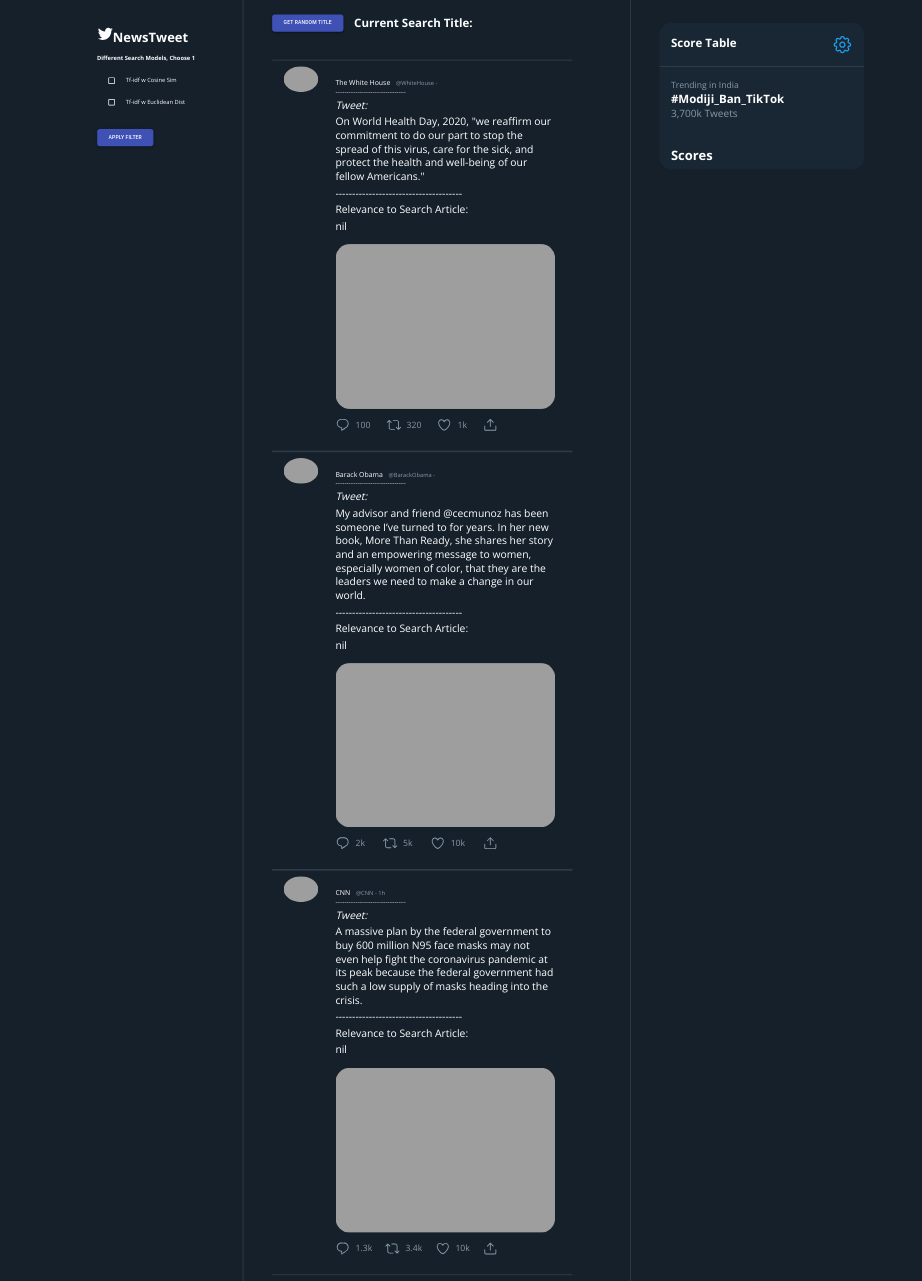
Repository: Dustyik/IR-tweets---disaster-
Page: / (app in Frontend/)
These files come from the project's save history. The page is drawn as it stood at one moment and after the next save; the edit follows.
The browser window is 1280 px wide. The pictures show the whole page, at 72% of full size.
Pictures or frames that could not be fetched are drawn as grey boxes. The page's requests for data from a server got no answer. The project was rebuilt for these pictures with package versions that can differ from the ones it lists, and the page was loaded fresh each time. No one was signed in, and anything a server would have sent is missing. Also part of the build but not shown: Frontend/src/components/trending/FollowSuggestionCard.js, Frontend/src/styles/FollowList.css, Frontend/src/components/trending/FollowSuggestionsList.js, Frontend/src/components/StatusCard.js, Frontend/src/pages/Status.js, Frontend/src/components/profile/ProfileHead.js, Frontend/src/components/profile/ProfileDetails.js, Frontend/src/styles/Profile.css and 1 more.

Above is the page before, as saved 2021-08-04 19:52:58.

### Frontend/public/index.html
<!DOCTYPE html>
<html lang="en">

<head>
  <meta charset="utf-8" />
  <link rel="icon" href="%PUBLIC_URL%/favicon.ico" />
  <meta name="viewport" content="width=device-width, initial-scale=1" />
  <meta name="theme-color" content="#000000" />
  <meta name="description" content="Web site created using create-react-app" />
  <link rel="apple-touch-icon" href="%PUBLIC_URL%/logo192.png" />
  <link href="https://fonts.googleapis.com/css2?family=Open+Sans:wght@400;700&display=swap" rel="stylesheet">
  <!--
      manifest.json provides metadata used when your web app is installed on a
      user's mobile device or desktop. See https://developers.google.com/web/fundamentals/web-app-manifest/
    -->
  <link rel="manifest" href="%PUBLIC_URL%/manifest.json" />
  <!--
      Notice the use of %PUBLIC_URL% in the tags above.
      It will be replaced with the URL of the `public` folder during the build.
      Only files inside the `public` folder can be referenced from the HTML.

      Unlike "/favicon.ico" or "favicon.ico", "%PUBLIC_URL%/favicon.ico" will
      work correctly both with client-side routing and a non-root public URL.
      Learn how to configure a non-root public URL by running `npm run build`.
    -->
  <title>React App</title>
</head>

<body>
  <noscript>You need to enable JavaScript to run this app.</noscript>
  <div id="root"></div>
  <!--
      This HTML file is a template.
      If you open it directly in the browser, you will see an empty page.

      You can add webfonts, meta tags, or analytics to this file.
      The build step will place the bundled scripts into the <body> tag.

      To begin the development, run `npm start` or `yarn start`.
      To create a production bundle, use `npm run build` or `yarn build`.
    -->
</body>

</html>

### Frontend/src/App.js
import React from 'react';
import { BrowserRouter as Router, Route } from 'react-router-dom';
import './App.css';
import { Sidebar } from './components/Sidebar';
import { Home } from './pages/Home';
import { Trending } from './components/trending/Trending';
import { GlobalProvider } from './context/GlobalState';
import { Status } from './pages/Status';
import ScrollToTop from './utils/ScrollToTop';
import { Profile } from './pages/Profile';

function App() {
  return (
    <GlobalProvider >
      <Router >

        <ScrollToTop>
          <div className="App">
            <div className="side-nav">
              <Sidebar />
            </div>
            <div className="main trending">

              <Route exact path="/" component={Home} />
              { /*
              <Route exact path="/:id" component={Profile} />
              <Route exact path="/status/:id" component={Status} />
              */}


            </div>

            <div className="trending">
              <Trending />
            </div>
          </div>
        </ScrollToTop>

      </Router>
    </GlobalProvider>
  );
}

export default App;

### Frontend/src/App.css
:root {
    --body-bg        : rgb(21, 32, 43);
    --sky-blue       : rgba(29, 161, 242, 1.00);
    --light          : rgba(255, 255, 2555);
    --grey           : rgb(136, 153, 166);
    --border         : rgb(56, 68, 77);
    --thick-border   : rgb(37, 51, 65);
    --thick-border   : rgb(37, 51, 65);
    --card-background: rgb(25, 39, 52);
}

body {
    background-color: var(--body-bg);
    font-family     : 'Open Sans', sans-serif;
    padding         : 0;
    margin          : 0;
    color           : var(--light);
}

html {
    font-size: 8px;
}

::-webkit-input-placeholder {
    /* Chrome/Opera/Safari */
    font-size  : 2.5rem;
    color      : #9197a3;
    font-weight: 400;
}

::-moz-placeholder {
    /* Firefox 19+ */
    font-size  : 2.5rem;
    color      : #9197a3;
    font-weight: 400;
}

:-ms-input-placeholder {
    /* IE 10+ */
    font-size  : 2.5rem;
    color      : #9197a3;
    font-weight: 400;
}

:-moz-placeholder {
    /* Firefox 18- */
    font-size  : 2.5rem;
    color      : #9197a3;
    font-weight: 400;
}

.App {
    display              : grid;
    grid-template-columns: 2.5fr 4fr 3fr;
}

.side-nav {
    padding-left: 40%;
    padding-top : 3rem;
}

.side-nav svg {
    fill : var(--light);
    width: 2.75rem;
}

.side-nav svg:hover {
    fill: var(--sky-blue);
}

.side-nav-item {
    padding: 2rem 0;

}

.side-nav .side-nav-item .side-nav-text {
    font-size     : 2.25rem;
    font-weight   : 700;
    color         : var(--light);
    padding-left  : 3rem;
    vertical-align: bottom;
}

.avatar {
    display: inline;
}

.avatar img {
    border-radius: 50%;
}


/* helper classes */
.p-0 {
    padding: 0
}


.pl-0 {
    padding-left: 0
}

.p-1 {
    padding: 1rem;
}

.p-2 {
    padding: 2rem
}

.pr-0 {
    padding-right: 0
}

.pb-1 {
    padding-bottom: 1rem;
}

.m-0 {
    margin: 0
}

.mb-0 {
    margin-bottom: 0;
}

.text-center {
    text-align: center;
}

.w-100 {
    width: 100%;
}

.pl-1 {
    padding-left: 1rem;
}

.pr-1 {
    padding-right: 1rem;
}

ul {
    list-style: none;
}

.flex-align-center {
    display    : flex;
    align-items: center;
}

.flex-space-between {
    display        : flex;
    justify-content: space-between;
}

.inline-block {
    display: inline-block;

}


.btn {
    color      : var(--light);
    font-weight: 700;
    cursor     : pointer;
    border     : none;
    background : transparent;
}

.tweet-btn {
    border-radius   : 4rem;
    font-size       : 2rem;
    padding         : 1.5rem;
    background-color: var(--sky-blue);
    width           : 80%;
}

.follow-btn {
    border-radius: 3rem;
    font-size    : 2rem;
    padding      : 0.5rem;
    font-weight  : 700;
    color        : var(--sky-blue);
    border       : 1px solid var(--sky-blue);
}

.pointer {
    cursor: pointer;
}

.bold-dull-para {
    font-size: 1.75rem;
    color    : var(--grey);
}

a {
    text-decoration: none;
    color          : inherit;
}

h1 {
    font-size  : 2.25rem;
    font-weight: 700;
    color      : var(--light);
}

h2 {
    font-size  : 2rem;
    font-weight: 700;
    color      : var(--light);
}

input:focus {
    outline: none;
}

### Frontend/src/pages/Home.js
import React, { useState, useEffect, useContext } from 'react';
import '../styles/Main.css';
import { TweetList } from '../components/TweetList';
import { SearchIcon } from '../images/svg/svgs'
import * as API from "../apifunctions"
import { Button } from '@material-ui/core';
import { GlobalContext } from '../context/GlobalState'


export const Home = () => {
    const [titlesState, setTitlesState] = useState([])
    const { title, setTitle } = useContext(GlobalContext);


    useEffect(() => {
        API.getTitles().then(
            res => {
                const data = JSON.parse(res.data);
                const titlesData = data.title
                const idData = data.id
                var values = []
                for (let i = 0; i < Object.keys(titlesData).length; i++){
                    values.push({
                        title: titlesData[i],
                        id: idData[i]
                    })
                }
                setTitlesState(values)
            }
        ).catch(
            err => console.log("Error fetching titles", err)
        )
    }, [])

    const randomButtonClick = () => {
        const randomElement = titlesState[Math.floor(Math.random() * titlesState.length)];
        setTitle(randomElement)
    }

    return (
        <>
            <div style = {{display:"flex", flexDirection:"row", alignItems:"center"}}>
            {/*
            <div className="search-box flex-align-center">
                    <SearchIcon />
                    <input placeholder="Search Our Corpus Using Headlines" className="search-input w-100" type="text" />
            </div>
            */}
            <Button
                onClick = {randomButtonClick}
                variant="contained"
                style = {{height:"50%", marginRight:"15px"}}
                color="primary">
                Get Random Title
            </Button>

            <h2 style = {{display:"flex", alignItems:"center", textAlign:"center"}}>
                Current Search Title:
            </h2>

            </div>


            <h2 style = {{display:"flex", justifyContent:"center"}}>
               {title.title}
            </h2>
                {/*
            <NewTweet />
                */}
            <div className="tweets">
                <TweetList />
            </div>
        </>
    )
}

### Frontend/src/components/trending/Trending.js
import React from 'react';
import '../../styles/Trending.css';
import { SearchIcon } from '../../images/svg/svgs'
import { TrendsList } from './TrendsList';
import { FollowSuggestionsList } from './FollowSuggestionsList';


export const Trending = () => {
    return (
        <>
            <div>

                <div className="trends-list m-0">

                    <TrendsList />

                    <h1>
                    Scores
                    </h1>
                </div>
                {/*
                <div className="follow-list">
                    <FollowSuggestionsList />
                </div>
                */}
            </div>
        </>
    )
}

### Frontend/src/utils/ScrollToTop.js
import React, { useEffect, Fragment } from 'react';
import { withRouter } from 'react-router-dom';

function ScrollToTop({ history, children }) {
    useEffect(() => {
        const unlisten = history.listen(() => {
            window.scrollTo(0, 0);
        });
        return () => {
            unlisten();
        }
    }, []);

    return <Fragment>{children}</Fragment>;
}

export default withRouter(ScrollToTop);

### Frontend/src/images/avatars.js
import React from 'react'

export const SmallAvatar = ({ width, image }) => {
    return (
        <div className="avatar">
            <img width={width} src={image} alt="avatar" />
        </div>
    )
}

### Frontend/src/apifunctions.js
import axios from 'axios';

export const getTitles = () => {
    console.log("get Titles called")
    return axios.get("http://localhost:5000/getTitles")
}

export const applySearchFilters = (data, title, id) => {
    return axios.post("http://localhost:5000/applySearchModels", {
            data: data,
            queryTitle: title,
            articleId: id

        }
    )
}

### Frontend/src/styles/Main.css
/* main styles */
.main {
    border-left : 1px solid var(--border);
    border-right: 1px solid var(--border);
    ;
}

.home {
    padding-left : 2.5rem;
    border-bottom: 1px solid var(--border);
}

.new-tweet {
    padding              : 1rem;
    display              : grid;
    grid-template-columns: 1fr 9fr;
    border-bottom        : 1rem solid var(--thick-border);
}

.new-tweet .left,
.right {
    padding: 0 1rem;
}

.new-tweet input {
    padding    : 2rem 0;
    background : transparent;
    border     : none;
    color      : var(--light);
    font-size  : 2rem;
    font-weight: 700;
}

.new-tweet-options {
    padding-right  : 1rem;
    display        : flex;
    justify-content: space-between;
    align-items    : center;
}

.new-tweet .add-icons {
    margin-right: 1rem;
}

.new-tweet .add-icons svg {
    width  : 3rem;
    fill   : var(--sky-blue);
    padding: 1rem;
}

.new-tweet .add-icons svg:first-child {
    padding-left: 0;
}

### Frontend/src/components/TweetList.js
import React, { useContext } from 'react'
import TweetCard from './TweetCard'
import { GlobalContext } from '../context/GlobalState'

export const TweetList = () => {
    const { tweets } = useContext(GlobalContext);

    return (
        <>
            {tweets.map((tweet, index) => (<TweetCard key={index} tweet={tweet} />))}
        </>
    )
}

### Frontend/src/styles/Trending.css
.trending {
    padding: 1rem 10rem 1rem 5rem;
}

.trending .search-box {
    width     : 100%;
    background: transparent;

    background-color: var(--thick-border);
    border-radius   : 5rem;
    border          : none;
}

.trending .search-box svg {
    width       : 3rem;
    fill        : var(--grey);
    padding-left: 1rem;

}

.trending .search-box input {
    padding   : 1.5rem;
    font-size : 2rem;
    width     : 100%;
    background: transparent;
    border    : none;
    color     : var(--light);
}

.trends-list {
    background-color: var(--card-background);
    border-radius   : 2rem;
    margin-top      : 3rem;
}

.trends-list h1 {
    padding: 1rem 2rem;

}

.trends-for-you {
    padding: 2rem;
}

.trends-for-you svg {
    width: 3.5rem;
    fill : var(--sky-blue);
}

.trends-card {
    border-top   : 1px solid var(--border);
    border-bottom: 1px solid var(--border);
    padding      : 2rem;
}

.trends :last-child {
    border-bottom: none;
}

.trends-topic {
    font-size: 1.5rem;
    color    : var(--grey);
}

.trend-tweet-count {
    font-size: 1.75rem;
    color    : var(--grey);
}



.trending ::-webkit-input-placeholder {
    /* Chrome/Opera/Safari */
    font-size  : 2rem;
    color      : #9197a3;
    font-weight: 400;
}

.trending ::-moz-placeholder {
    /* Firefox 19+ */
    font-size  : 2rem;
    color      : #9197a3;
    font-weight: 400;
}

.trending :-ms-input-placeholder {
    /* IE 10+ */
    font-size  : 2rem;
    color      : #9197a3;
    font-weight: 400;
}

.trending :-moz-placeholder {
    /* Firefox 18- */
    font-size  : 2rem;
    color      : #9197a3;
    font-weight: 400;
}

### Frontend/src/components/trending/TrendsList.js
import React, {useContext} from 'react';
import { Trend } from '../trending/Trend';
import { SettingsIcon } from '../../images/svg/svgs';

import { GlobalContext } from '../../context/GlobalState'


export const TrendsList = () => {

    const {rankingModel} = useContext(GlobalContext);


    const trends = [
        {
            name: '#Modiji_Ban_TikTok',
            topic: 'Trending in India',
            tweets: '3,700k'
        }
    ]
    return (
        <div>
            <div className="trends-for-you flex-space-between">
                <h2 className="m-0">Score Table</h2>
                <SettingsIcon />
            </div>
            <div>
                {rankingModel}
                {console.log("scores", rankingModel)}
            </div>
            <div className="trends">
                {trends.map(trend => (<Trend trend={trend} />))}
            </div>
        </div>
    )
}

### Frontend/src/context/AppReducer.js
const MAX = 30
const MIN = 0

export default (state, action) => {
    switch (action.type) {

        case "ADD_RANKING_SCORE":
            return {
                ...state,
                rankingModel: [...state.rankingModel, action.payload]
            }


        case 'DELETE_TRANSACTION':
            return {
                ...state,
                transactions: state.transactions.filter(transaction => transaction.id !== action.payload)
            }
        case 'ADD_TWEET':
            const newTweet = {
                user: {
                    name: action.payload.name,
                    image: action.payload.image,
                    handle: `@${action.payload.name}`,
                },
                tweet: {
                    content: action.payload.tweet,
                    image: null,
                    comments: Math.floor(Math.random()*(MAX-MIN)+MIN),
                    retweets: Math.floor(Math.random()*(MAX-MIN)+MIN),
                    likes: Math.floor(Math.random()*(MAX-MIN)+MIN),
                    relevance: action.payload.relevance
                }
            };
            return {
                ...state,
                tweets: [...state.tweets, newTweet]
            }

        case "SET_TITLE":
            return {
            ...state,
            title: action.payload
        }

        case "SET_SEARCH_MODEL":
            return {
            ...state,
            searchModels: action.payload
        }

        case "REMOVE_ALL_TWEETS":
            return {
            ...state,
            tweets: []
        }


        default:
            return state
    }
}

### Frontend/src/components/trending/Trend.js
import React from 'react'

export const Trend = ({ trend }) => {
    return (
        <div className="trends-card">
            <p className="trends-topic m-0">{trend.topic}</p>
            <h2 className="m-0">{trend.name}</h2>
            <p className="trend-tweet-count m-0">{trend.tweets} Tweets</p>
        </div>
    )
}

### Frontend/src/styles/StatusCard.css
.tweets {}

.status-card {
    /* padding              : 1rem;
    display                 : grid;
    grid-template-columns   : 1fr 9fr; */
    border-bottom           : 0.5px solid var(--border);
    border-top              : 0.5px solid var(--border);

}

.status-card .left,
.right {
    padding: 2rem;
}

.status-card .left {
    display    : flex;
    align-items: center;

}

.status-card .right {
    padding-top: 0;
}

.status-card .status-card-name {
    font-size    : 2rem;
    font-weight  : 700;
    padding-right: 1rem;
}

.status-card .status-card-handle,
.status-card-time {
    font-size: 1.5rem;
    color    : var(--grey);
}

.status-card .status-card-body .status-card-content p {
    font-size : 2.5rem;
    margin-top: .5rem;
}

.status-card .status-card-body .status-card-image {
    margin-top: 2rem;
}

.status-card .status-card-body .status-card-image img {
    width        : 100%;
    border-radius: 20px;
}

.status-card .status-card-footer {
    padding-right: 10rem;
    display      : flex;

    justify-content: space-around;
    padding-top    : 1rem;
    width          : 100%;
}

.status-card .status-card-footer svg {
    fill : var(--grey);
    width: 2.5rem;
}

.status-card .status-card-footer .tweet-cars-icon {
    line-height : 2;
    font-size   : 1.5rem;
    color       : var(--grey);
    padding-left: 1rem;
}

.status {
    display    : flex;
    align-items: center;
    padding    : 0 2rem;
    display    : flex;
    align-items: center;
}

.status h1 {
    display     : inline-block;
    padding-left: 1rem;
}

.status svg {
    width: 4rem;
    fill : var(--sky-blue);
}

### Frontend/src/styles/TweetCard.css
.tweets {}

.tweet-card {
    padding              : 1rem;
    display              : grid;
    grid-template-columns: 1fr 9fr;
    border-bottom        : 0.5px solid var(--border);
    border-top           : 0.5px solid var(--border);

}

.tweet-card .left,
.right {
    padding: 0 1rem;
}

.tweet-card .tweet-card-head .tweet-card-name {
    font-size    : 1.2rem;
    font-weight  : 300;
    padding-right: 1rem;
}

.tweet-card .tweet-card-head .tweet-card-name:hover {
    text-decoration: underline;
}

.tweet-card .tweet-card-head .tweet-card-handle,
.tweet-card-time {
    font-size: rem;
    color    : var(--grey);
}

.tweet-card .tweet-card-body .tweet-card-content p {
    font-size : 1.8rem;
    margin-top: .5rem;
}

.tweet-card .tweet-card-body .tweet-card-image {
    margin-top: 2rem;
}

.tweet-card .tweet-card-body .tweet-card-image img {
    width        : 100%;
    border-radius: 20px;
}

.tweet-card .tweet-card-footer {
    padding-right  : 10rem;
    display        : flex;
    justify-content: space-between;
    padding-top    : 1rem;
}

.tweet-card .tweet-card-footer svg {
    fill : var(--grey);
    width: 2.5rem;
}

.tweet-card .tweet-card-footer .tweet-cars-icon {
    line-height : 2;
    font-size   : 1.5REM;
    color       : var(--grey);
    padding-left: 1rem;
}

Loaded but not shown: Frontend/src/index.js (common file); Frontend/src/images/svg/svgs.js (66 lines, source omitted); Frontend/src/context/GlobalState.js (124 lines, source omitted); Frontend/src/components/TweetCard.js (67 lines, source omitted); Frontend/src/components/Sidebar.js (113 lines, source omitted)

After the next save:
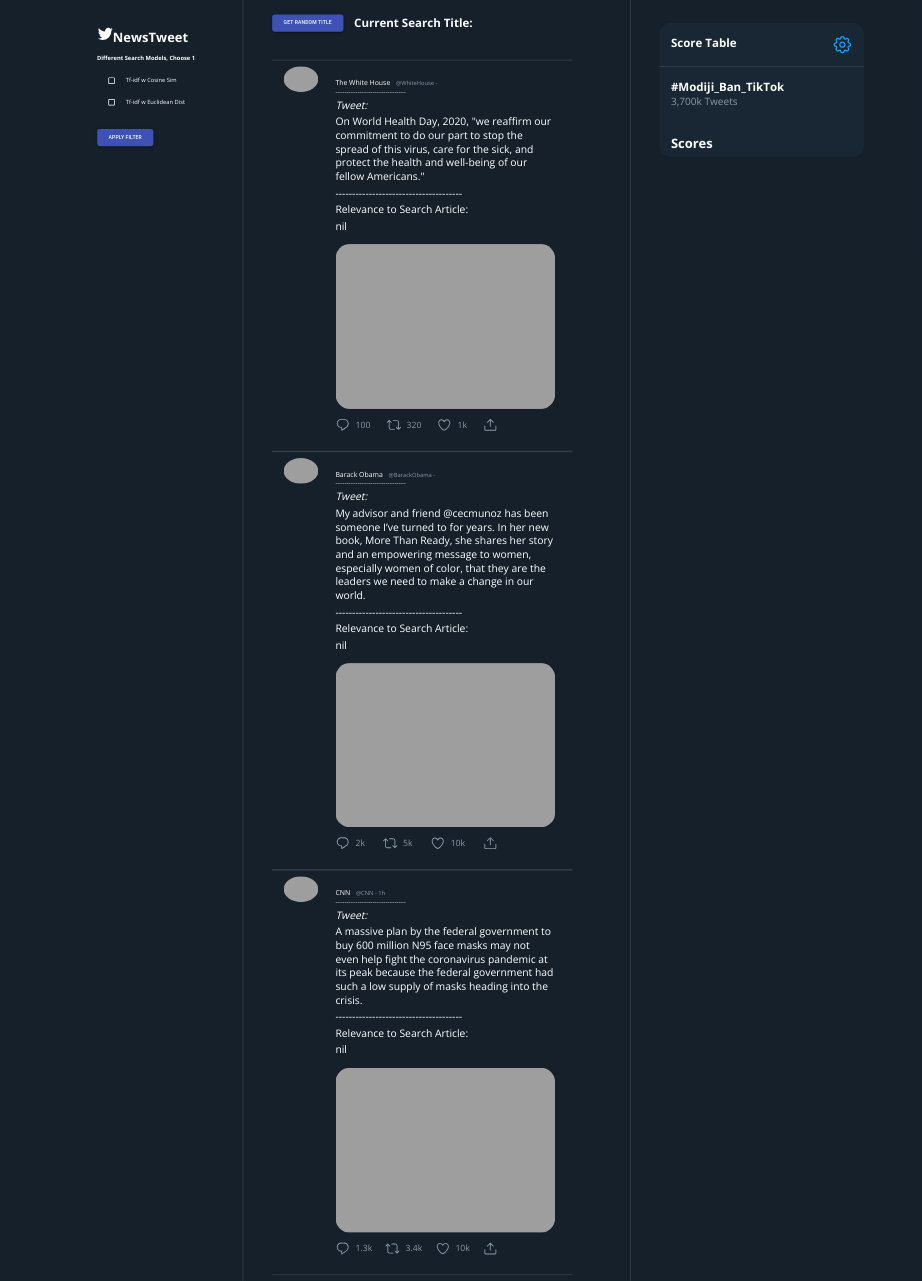
Saved 59 s later.
--- a/Frontend/src/components/trending/TrendsList.js
+++ b/Frontend/src/components/trending/TrendsList.js
@@ -13,7 +13,7 @@
     const trends = [
         {
             name: '#Modiji_Ban_TikTok',
-            topic: 'Trending in India',
+            topic: '',
             tweets: '3,700k'
         }
     ]
